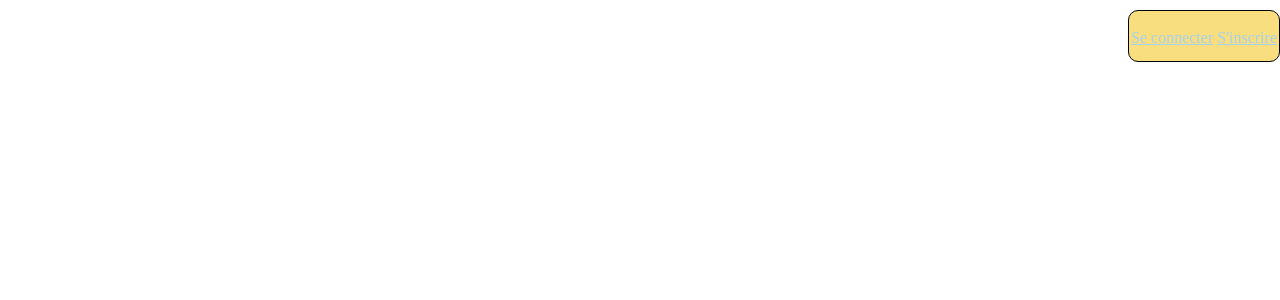
Repository: DylanORK/htdocs
Page: http://localhost/PannelInconnu.php
An editor plug-in stored every save of this project. The page is shown before and after the next save, followed by the edit.
The browser window is 1280 px wide. The pictures show the whole page.
The page is run by PHP 8.4 with error messages shown; the project is at /var/www/html/.

Above is the page before, as saved 2015-06-02 10:39:04.

### EclipsePHP/InterFaceWeb/PannelInconnu.php
<?php require ("Style/Style-Pannel.php"); ?>

<div id="Carre">

<ul class="PannelInconnu">
<li><a href="Connexion.php">Se connecter</a></li>
<li><a href="Inscription.php">S'inscrire</a></li>
</ul>

</div>

### EclipsePHP/InterFaceWeb/Style/Style-Pannel.php
<style type="text/css">

ul.PannelInconnu
{
padding :0px;
}


.PannelInconnu li
{
list-style-type : none;
float: left;
margin : 2px;
text-align : center;

}

.PannelInconnu li a
{
display : block;
color : #a4d1ed	;

}

#Carre
{

background-color : #f8de7e;
height : 50px;
position: fixed;
border : 1px solid black;
float:right;
top : 10px;
right : 0;
-webkit-border-radius: 10px;
-moz-border-radius: 10px;
border-radius: 10px;
}

</style>

After the next save:
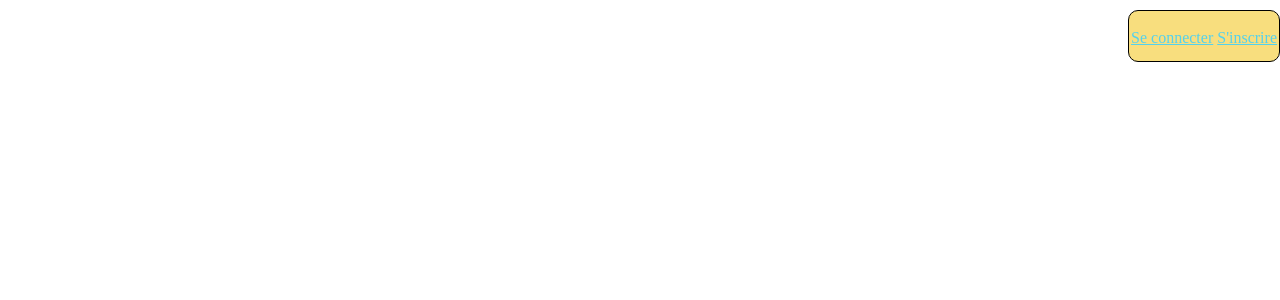
Saved 9 s later.
--- a/EclipsePHP/InterFaceWeb/Style/Style-Pannel.php
+++ b/EclipsePHP/InterFaceWeb/Style/Style-Pannel.php
@@ -18,7 +18,7 @@ text-align : center;
 .PannelInconnu li a
 {
 display : block;
-color : #a4d1ed	;
+color : #54d1ed	;
 
 }
 
